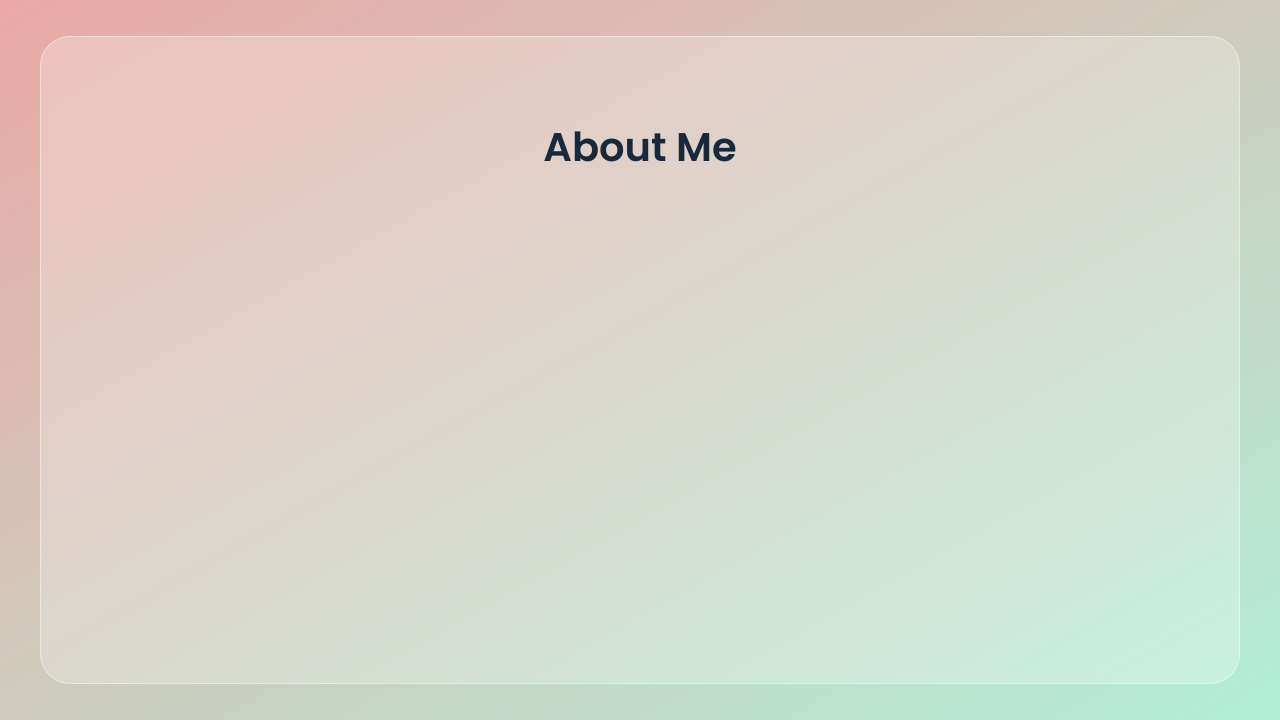
Repository: dewaary/Glassmorp-me
Page: index.html
The author's editor kept a copy of each file at every save. The page is drawn from the files as they stood at one save, then again after the next save.
The browser window is 1280 px wide. The pictures show the whole page.

Above is the page before, as saved 2021-05-25 12:58:31.
Not found: js/script,js

After the next save:
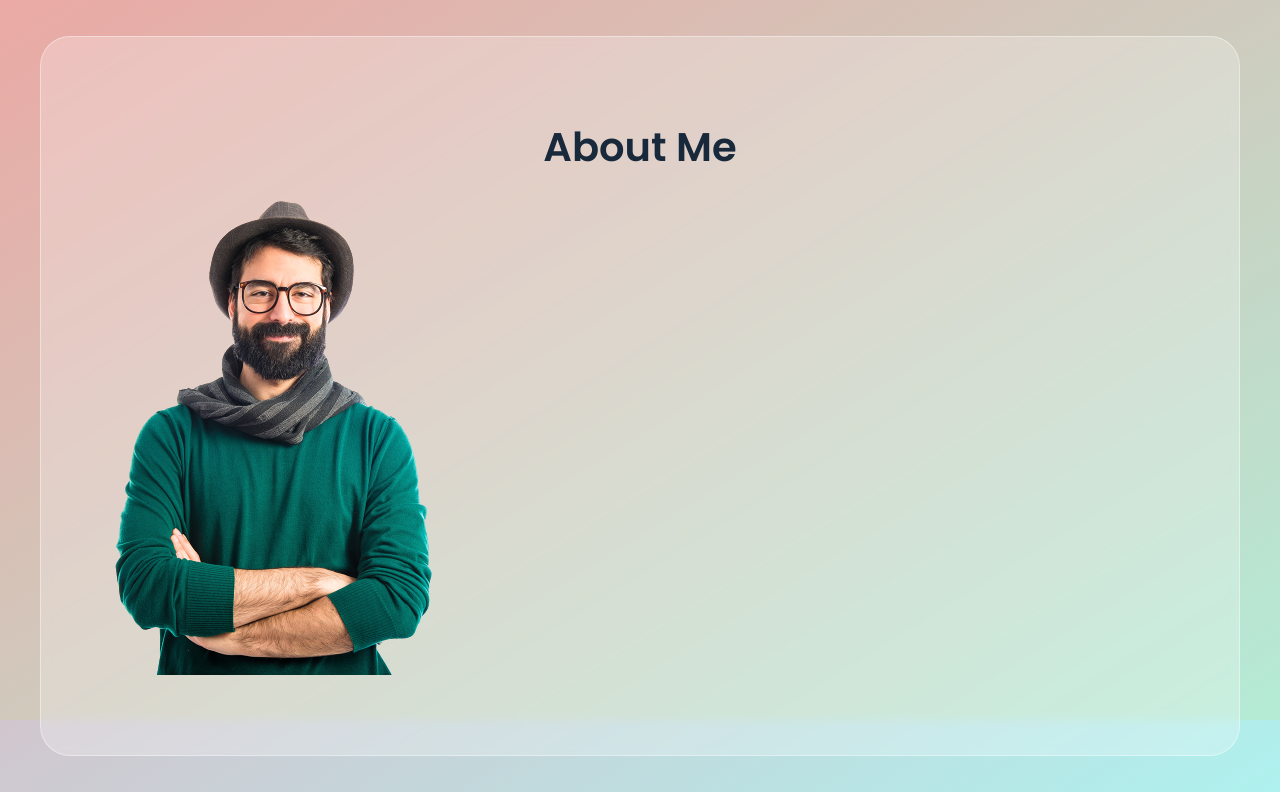
Saved 46 s later.
--- a/index.html
+++ b/index.html
@@ -40,7 +40,9 @@
                 </div>
                 <div class="row">
                     <div class="about-img">
-
+                        <div class="img-box">
+                            <img src="img/about-img.png" alt="About Image">
+                        </div>
                     </div>
                     <div class="about-text">
 
